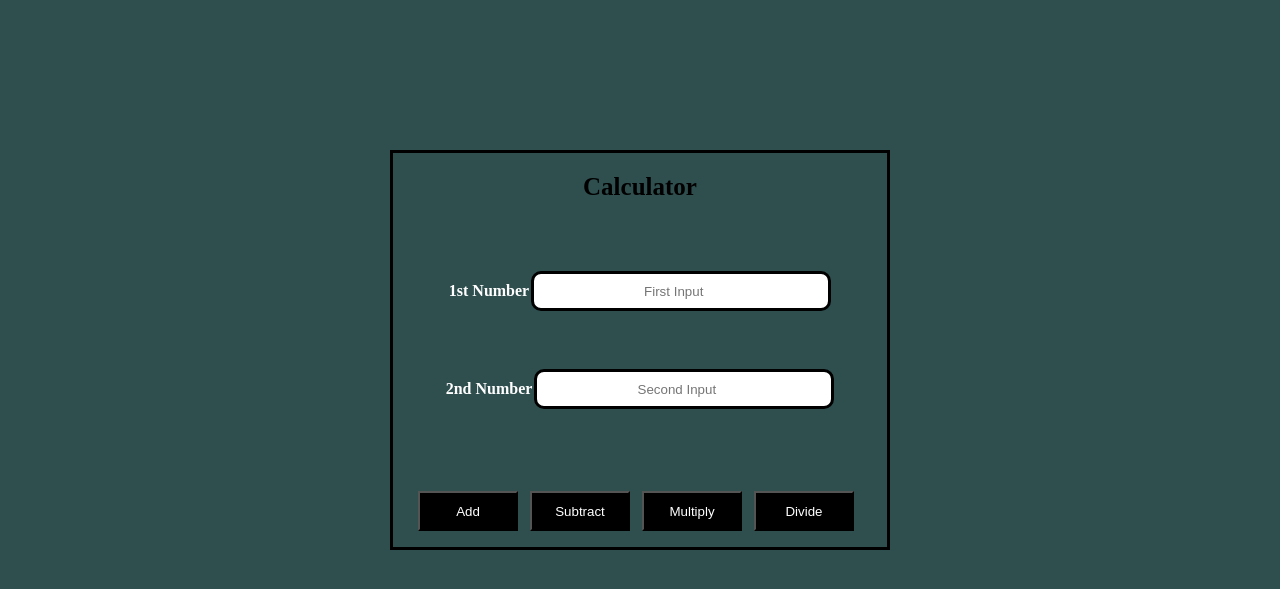
Repository: Shreyash1107/Intern_Projects
Page: Calculator/src/main/webapp/Calculator.html
The author's editor kept a copy of each file at every save. The page is drawn from the files as they stood at one save, then again after the next save.
The browser window is 1280 px wide. The pictures show the whole page.

Above is the page before, as saved 2024-07-03 11:14:34.

### Calculator/src/main/webapp/Calculator.html
<!DOCTYPE html>
<html>
<head>
<meta charset="ISO-8859-1">
<title>Calculator</title>
<link rel="stylesheet" href="style.css"/>
</head>
<body>
		<center>
			<form>
				<div class="wrapper">
			<h4>Calculator</h4>
			<div class="container">
					<table>
						<tr>
					<td style="color: white;">1st Number</td>&nbsp;
						<td><input type="number" name="First" value="" placeholder="First Input"</td>
					</tr>
					</table>
					<br><br>
					<table>
						<tr>
						<td>2nd Number</td>&nbsp;
						<td><input type="number" name="Second" value="" placeholder="Second Input"</td>
					</tr>
					</table>
					<div class="Result">
					<input type="submit" name="a" value="Add" autocomplete="off">&nbsp;&nbsp;
					<input type="submit" name="b" value="Subtract" autocomplete="off">&nbsp;&nbsp;
					<input type="submit" name="c" value="Multiply" autocomplete="off">&nbsp;&nbsp;
					<input type="submit" name="d" value="Divide" autocomplete="off">&nbsp;&nbsp;
					</div>
			</div>
		</div>
			</form>
		</center>
</body>
</html>

### Calculator/src/main/webapp/style.css
@charset "ISO-8859-1";
*
{
	padding: 0;
	margin:0;
	box-sizing: border-box;
}
body
{
	background-color:darkslategrey;
}
.wrapper
{
	width: 500px;
	height:400px;
	border: 3px solid black;
	margin:150px auto;
}
.wrapper h4
{
	padding-top: 20px;
	font-size: 25px;
}
.container
{
	padding-top: 50px;
}
.container tr td
{
	font-weight: bold;
	color: white;
}
.Result
{
	padding-top: 80px;
}
input[type="number"]
{
	width: 300px;
	height:40px;
	border: 3px solid black;
	border-radius: 10px;
}
input[type="number"]::placeholder
{
	text-align: center;
}
input[type="submit"]
{
	background-color: black;
	color: white;
	width: 100px;
	height: 40px;
}
input[type="submit"]:hover
{
	cursor: pointer;
	background-color:darkcyan;
}
h4:hover
{
	color:chartreuse;
	transform: scale(1.5);
	transition: 3s ease-in-out, transfrom 3s ease-in-out;
}

After the next save:
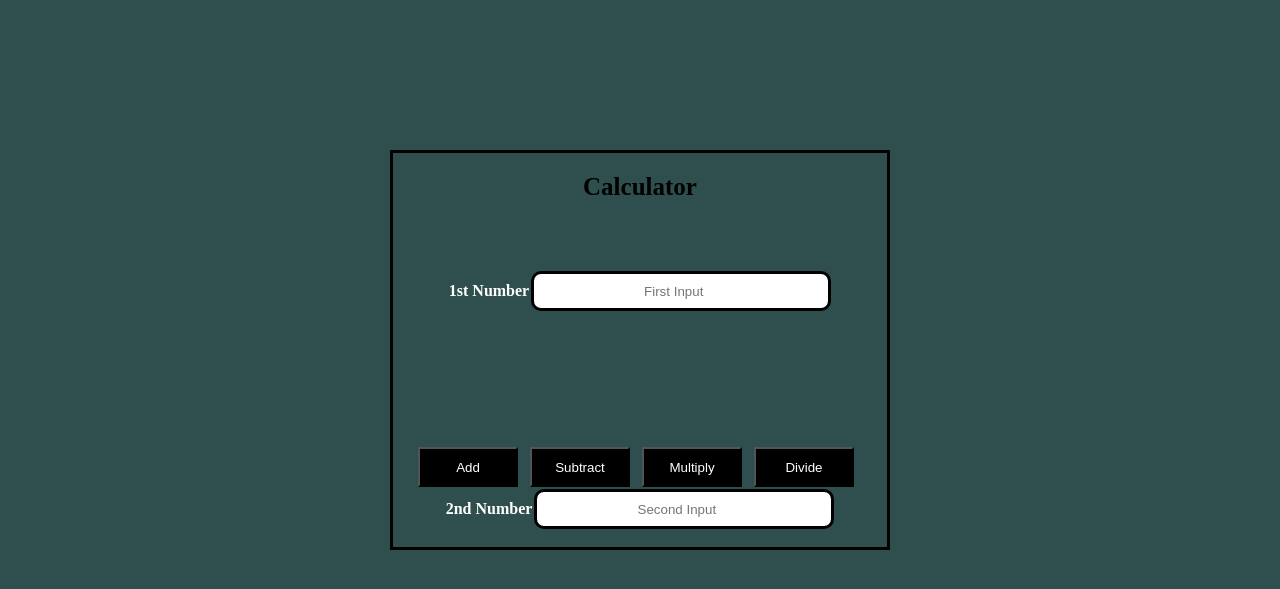
Saved 29 s later.
--- a/Calculator/src/main/webapp/Calculator.html
+++ b/Calculator/src/main/webapp/Calculator.html
@@ -23,7 +23,6 @@
 						<td>2nd Number</td>&nbsp;
 						<td><input type="number" name="Second" value="" placeholder="Second Input"</td>
 					</tr>
-					</table>
 					<div class="Result">
 					<input type="submit" name="a" value="Add" autocomplete="off">&nbsp;&nbsp;
 					<input type="submit" name="b" value="Subtract" autocomplete="off">&nbsp;&nbsp;

After the save that followed:
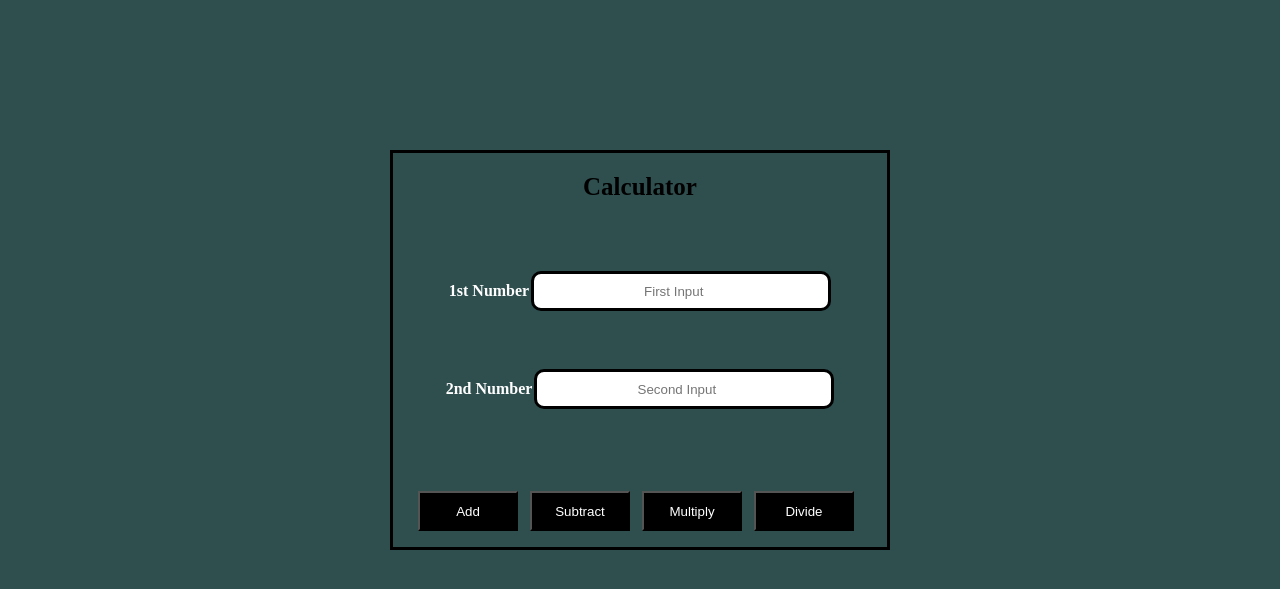
Saved 8 s later.
--- a/Calculator/src/main/webapp/Calculator.html
+++ b/Calculator/src/main/webapp/Calculator.html
@@ -23,6 +23,7 @@
 						<td>2nd Number</td>&nbsp;
 						<td><input type="number" name="Second" value="" placeholder="Second Input"</td>
 					</tr>
+					</table>
 					<div class="Result">
 					<input type="submit" name="a" value="Add" autocomplete="off">&nbsp;&nbsp;
 					<input type="submit" name="b" value="Subtract" autocomplete="off">&nbsp;&nbsp;
